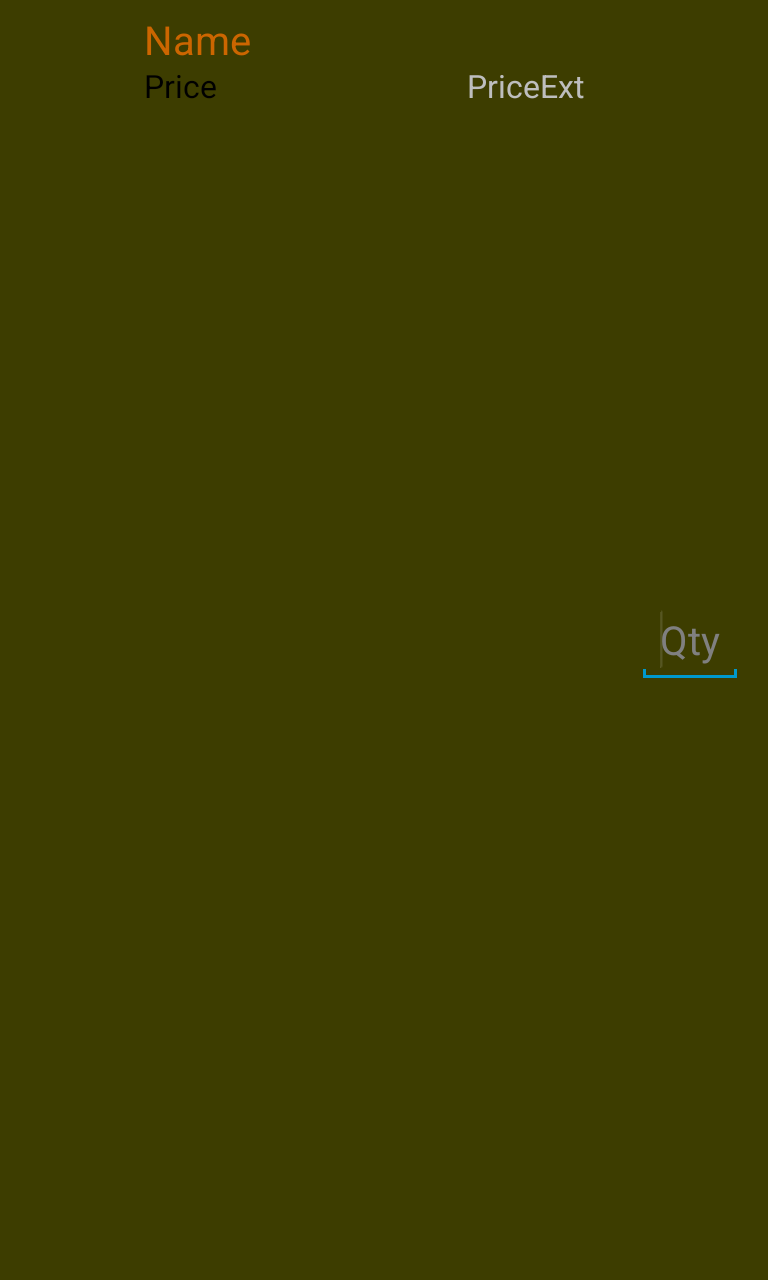
Repository: Adammdit/DT2283GUI
Layout: GunSmoke/res/layout/listrow_details.xml
These files come from the project's save history. The layout is drawn as it stood at one moment and after the next save; the edit follows.
It is drawn on a 768 x 1280 px phone screen (xhdpi) without system bars, with theme android:Theme.Holo; the app's code is not run.

Above is the layout before, as saved 2014-11-07 19:13:25.

After the next save:
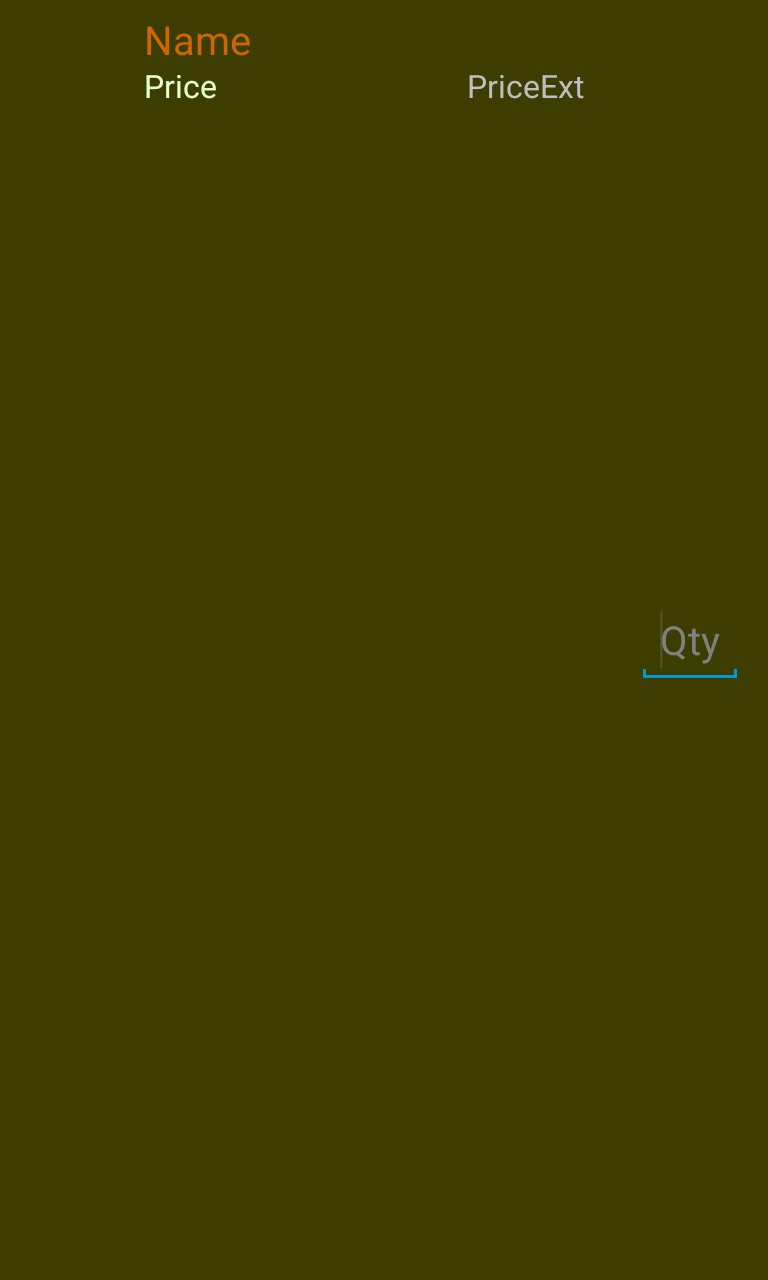
Saved 11 min 33 s later.
--- a/GunSmoke/res/values/colors.xml
+++ b/GunSmoke/res/values/colors.xml
@@ -1,6 +1,6 @@
 <?xml version="1.0" encoding="utf-8"?>
 <resources>
 	<color name="khaki">#663300</color>
-	<color name="price">#000000</color>
+	<color name="price">#E5FFCC</color>
 	<color name="name">#CC6600</color>
 </resources>
